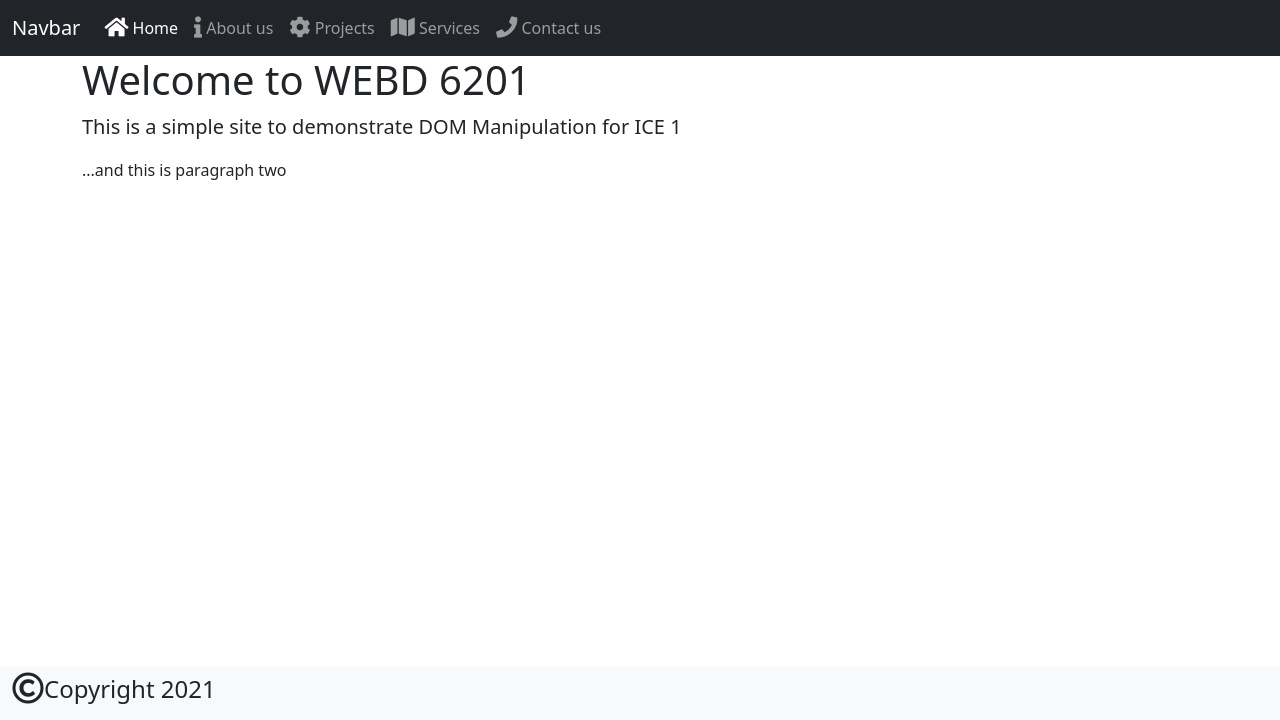
Repository: Hasib001/WEBD6201---W2021---ICE-1
Page: index.html
An editor plug-in stored every save of this project. The page is shown before and after the next save, followed by the edit.
The browser window is 1280 px wide. The pictures show the whole page.

Above is the page before, as saved 2021-01-22 23:17:48.

After the next save:
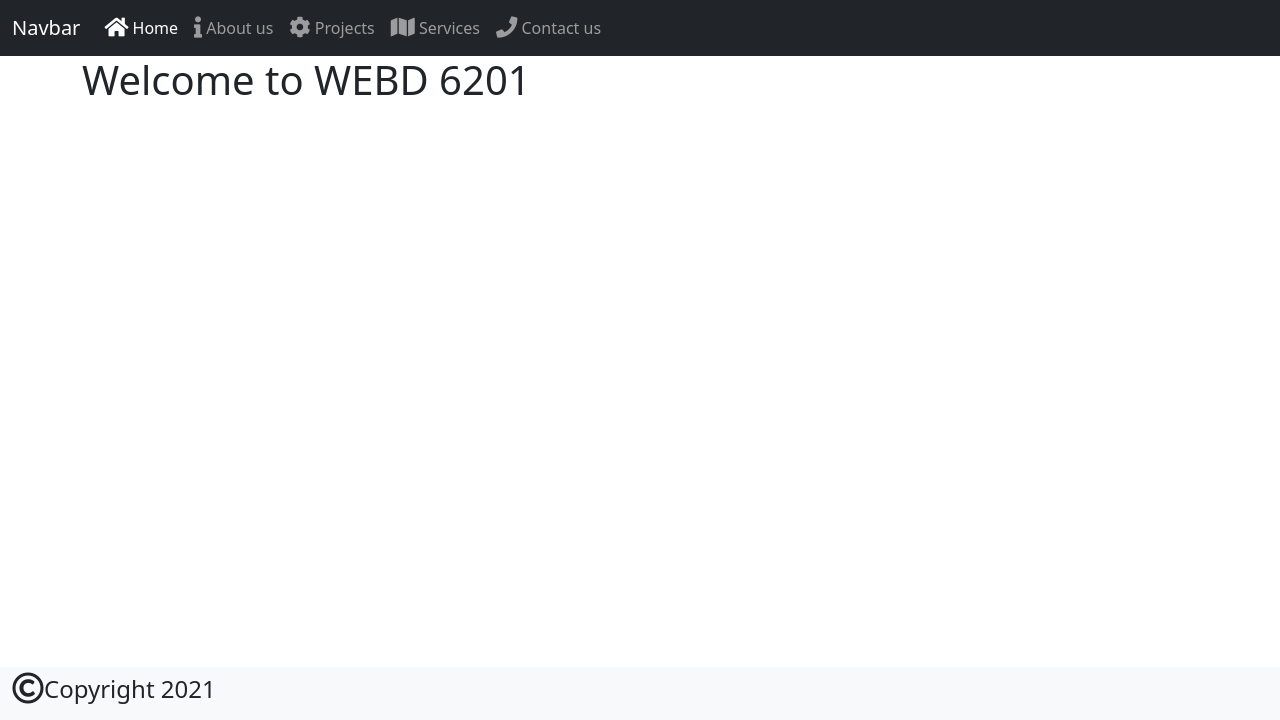
Console error: SyntaxError: Identifier 'paragraphDiv' has already been declared
Saved 14 days later.
--- a/Scripts/app.js
+++ b/Scripts/app.js
@@ -35,7 +35,13 @@
         //let paragraphThree = `<p class="fs-7 fw-bold"> this is the third paragraph</p>`;
 
         //mainContent.innerHTML=paragraphThree;
+        let paragraphDiv = document.createElement('div');
+        let paragraph3 = '<p id="paragraphThree" class="fs-7 fw-bold">this is third paragraph</P>'
+        let paragraphDiv.innerHTML=paragraphThree;
 
+
+        //insertion
+        newParagraph.before(paragraphDiv);
 
 
 

After the 4 saves that followed:
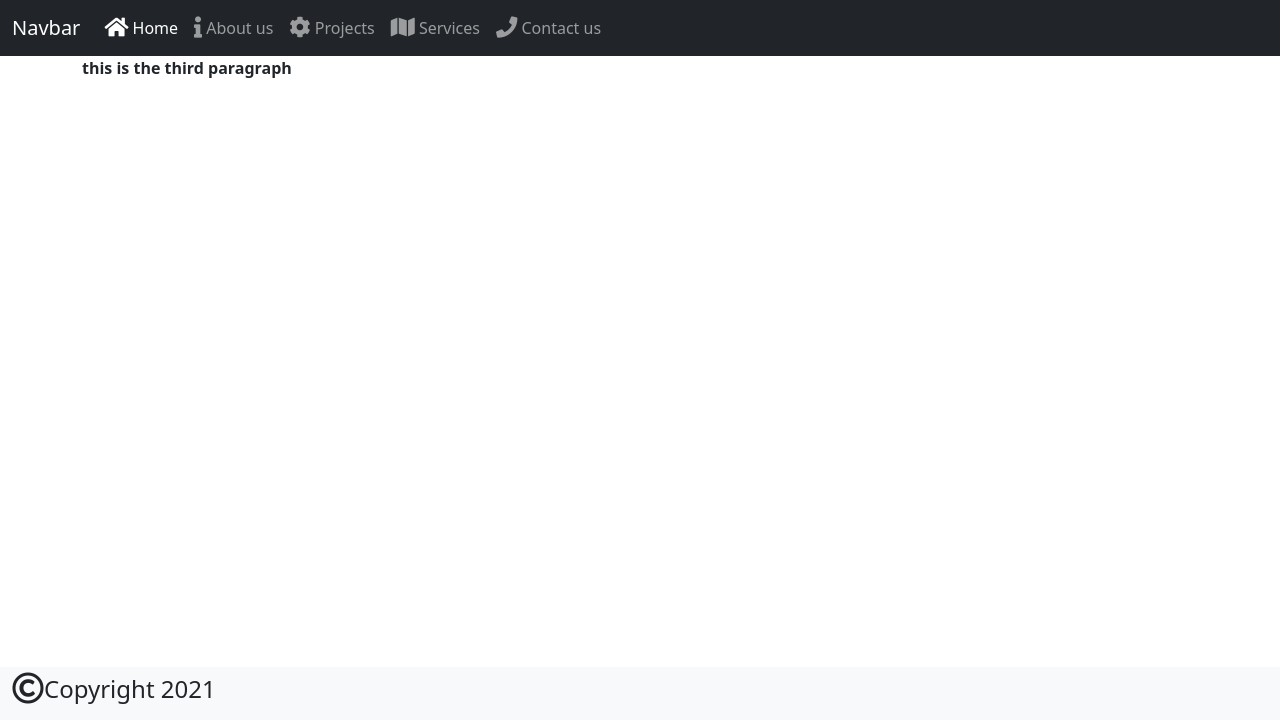
The error is gone.
The 4 saves are shown as one change because 3 left the picture as it was.
The last was saved 4 min 9 s later.
--- a/Scripts/app.js
+++ b/Scripts/app.js
@@ -32,12 +32,12 @@
 
         newParagraph.className="fs-6";
 
-        //let paragraphThree = `<p class="fs-7 fw-bold"> this is the third paragraph</p>`;
+        let paragraphThree = `<p class="fs-7 fw-bold"> this is the third paragraph</p>`;
 
-        //mainContent.innerHTML=paragraphThree;
+        mainContent.innerHTML=paragraphThree;
         let paragraphDiv = document.createElement('div');
-        let paragraph3 = '<p id="paragraphThree" class="fs-7 fw-bold">this is third paragraph</P>'
-        let paragraphDiv.innerHTML=paragraphThree;
+        let paragraph3 = '<p id="paragraphThree" class="fs-7 fw-bold">this is third paragraph</P>';
+         paragraphDiv.innerHTML=paragraphThree;
 
 
         //insertion
